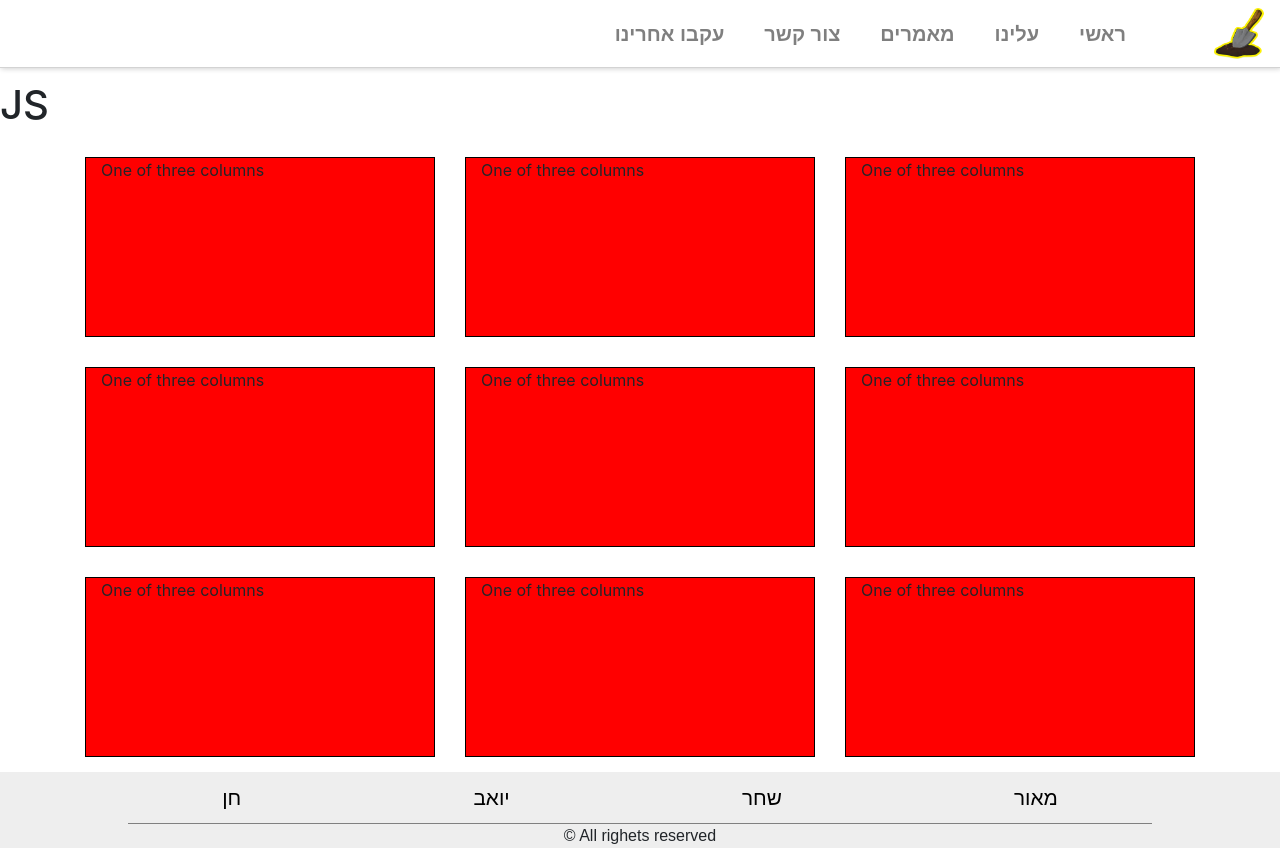
Repository: yoavBenZion/Blog-Zubi
Page: articlesPage.html
The author's editor kept a copy of each file at every save. The page is drawn from the files as they stood at one save, then again after the next save.
The browser window is 1280 px wide. The pictures show the whole page.
Some web fonts or font styles are not loaded; a fallback is used. Some web libraries are served in a nearby version.

Above is the page before, as saved 2017-10-26 11:52:26.

After the next save:
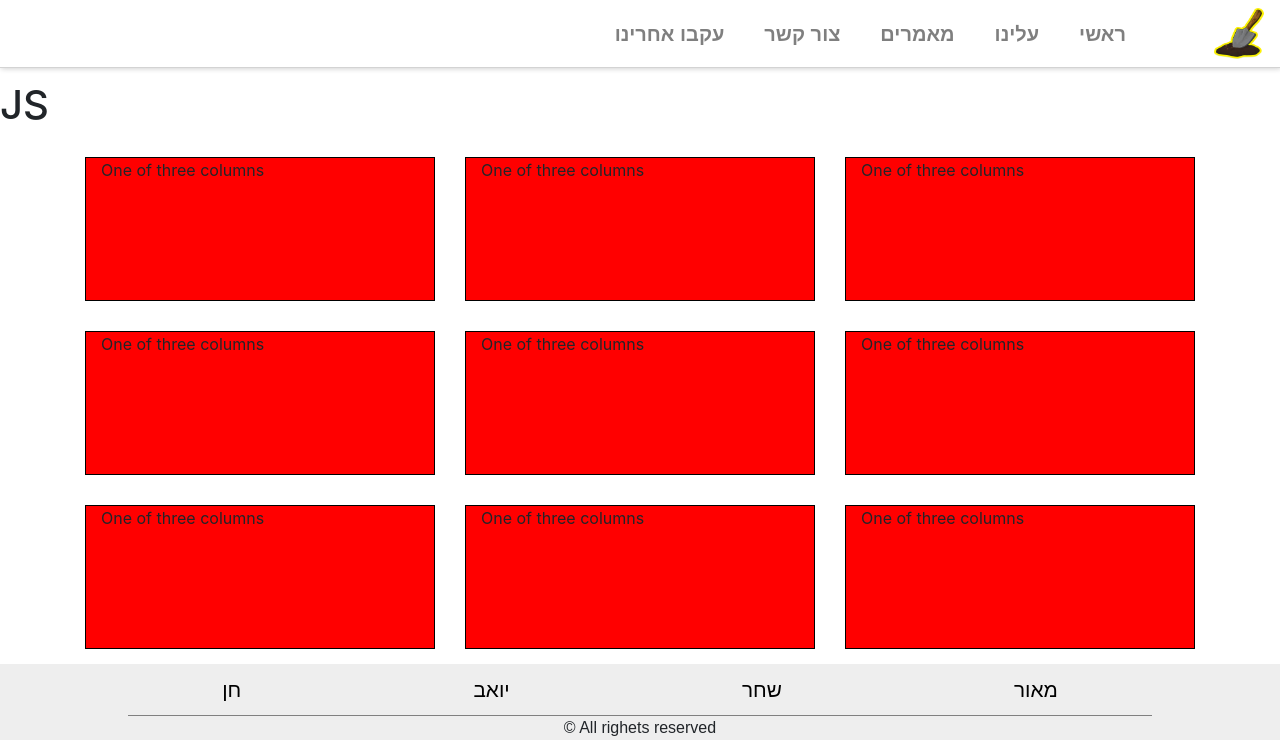
Saved 19 s later.
--- a/css/articlesPage.css
+++ b/css/articlesPage.css
@@ -7,6 +7,6 @@ body {
 .col {
     background-color: red;
     margin: 15px;
-    height: 25vh;
+    height: 20vh;
     border: 1px solid black;
 }
